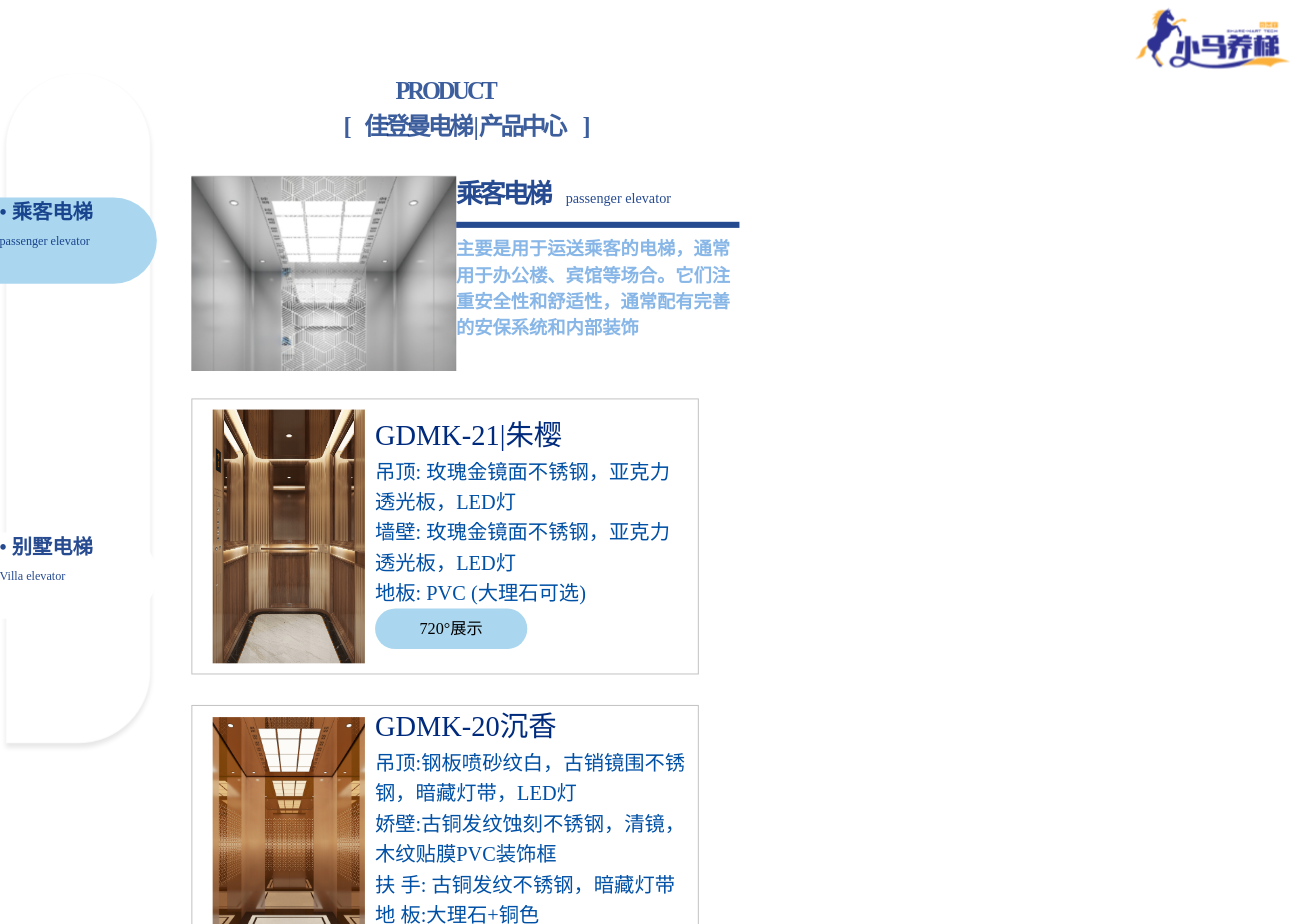
Repository: XIE-code/elevator-ipad
Page: /
An editor plug-in stored every save of this project. The page is shown before and after the next save, followed by the edit.
The browser window is 1280 px wide. The page is 1845 px wide, so the pictures cover 1845 px, including what lies to the right of the window. The pictures show the part of the page from y = 0 to 1320 px (the page is 1845 px tall), at 70% of full size.
The project was rebuilt for these pictures with package versions that can differ from the ones it lists, and the page was loaded fresh each time. Also part of the build but not shown: vue.config.js.

Above is the page before, as saved 2025-03-26 11:33:09.

### public/index.html
<!DOCTYPE html>
<html lang="">
    <head>
        <meta charset="utf-8" />
        <meta http-equiv="X-UA-Compatible" content="IE=edge" />
        <meta name="viewport" content="width=device-width,initial-scale=1" />
        <link rel="icon" href="<%= BASE_URL %>favicon.ico" />
        <title><%= htmlWebpackPlugin.options.title %></title>
    </head>
    <style>
        html {
            font-size: 16px; /* 默认字体大小 */
        }
    </style>
    <body>
        <noscript>
            <strong
                >We're sorry but <%= htmlWebpackPlugin.options.title %> doesn't
                work properly without JavaScript enabled. Please enable it to
                continue.</strong
            >
        </noscript>
        <div id="app"></div>
        <!-- built files will be auto injected -->
    </body>
</html>

### src/App.vue
<template>
    <router-view />
</template>

<style></style>

### src/router/index.js
import { createRouter, createWebHashHistory } from "vue-router";

const routes = [
    {
        path: "/",
        name: "home",
        component: () =>
            import(
                /* webpackChunkName: "about" */ "../views/product/ProductView.vue"
            ),
    },
    {
        path: "/about",
        name: "about",
        // route level code-splitting
        // this generates a separate chunk (about.[hash].js) for this route
        // which is lazy-loaded when the route is visited.
        component: () =>
            import(/* webpackChunkName: "about" */ "../views/AboutView.vue"),
    },
    {
        path: "/product/passenger",
        name: "product",
        // route level code-splitting
        // this generates a separate chunk (about.[hash].js) for this route
        // which is lazy-loaded when the route is visited.
        component: () =>
            import(
                /* webpackChunkName: "about" */ "../views/product/ProductView.vue"
            ),
    },
    {
        path: "/product/Villa",
        name: "product",
        // route level code-splitting
        // this generates a separate chunk (about.[hash].js) for this route
        // which is lazy-loaded when the route is visited.
        component: () =>
            import(
                /* webpackChunkName: "about" */ "../views/product/VillaElevator.vue"
            ),
    },
];

const router = createRouter({
    history: createWebHashHistory(),
    routes,
});

export default router;

### src/views/product/ProductView.vue
<template>
    <div class="web">
        <!-- 页面头部按钮 -->
        <div class="web-header">
            <!-- <div class="web-header-box">
                <div class="web-header-box1"></div>
                <div class="web-header-box2"></div>
            </div> -->
            <div class="web-header-awa"></div>
        </div>
        <!-- 页面主体 -->
        <div class="web-center">
            <!-- 左侧边导航栏 -->
            <div class="web-left">
                <div class="navigation" @click="gotPassenger">
                    <span class="text6">• 乘客电梯</span><br />
                    <span class="text7">passenger elevator</span>
                </div>
                <div class="navigation" @click="gotoVilla">
                    <span class="text6">• 别墅电梯</span><br />
                    <span class="text7">Villa elevator</span>
                </div>
            </div>
            <div class="web-text">
                <!-- 中心标题 -->
                <div class="center-title">
                    <span style="text-align: center">PRODUCT</span>
                    <span
                        >[&nbsp;&nbsp;&nbsp;&nbsp;&nbsp;佳登曼电梯&nbsp;|&nbsp;产品中心
                        &nbsp;&nbsp;&nbsp;&nbsp;&nbsp;]</span
                    >
                </div>
                <!-- 乘客电梯 -->
                <div class="web-passenger">
                    <div class="web-passenger-image"></div>
                    <div class="web-passenger-text">
                        <div class="web-passenger-text1">
                            <span class="chinese">乘客电梯</span
                            >&nbsp;&nbsp;&nbsp;
                            <span class="english"> passenger elevator</span>
                            <hr
                                style="
                                    border: 0.1875rem solid
                                        rgba(0, 43, 125, 0.85);
                                "
                            />
                            <span class="text3"
                                >主要是用于运送乘客的电梯，通常用于办公楼、宾馆等场合。它们注重安全性和舒适性，通常配有完善的安保系统和内部装饰</span
                            >
                        </div>
                    </div>
                </div>
                <!-- 乘客电梯产品 -->
                <div class="center-box" style="margin-top: 1.25rem">
                    <!-- 动态渲染电梯产品 -->
                    <div
                        v-for="(list, index) in elist"
                        :key="index"
                        class="web-passenger-product"
                    >
                        <div class="web-passenger-product-box">
                            <div class="web-passenger-product-box-img">
                                <img
                                    :src="list.imgUrl"
                                    alt=""
                                    style="width: 100%; height: 100%"
                                />
                            </div>
                            <div class="web-passenger-product-box-text">
                                <span class="text4">{{ list.name }}</span>
                                <span class="text5">
                                    {{ list.description }}
                                </span>
                                <!-- <span class="text5">地 板:PVC(大理石可选)</span> -->
                                <div
                                    class="web-passenger-product-box-text-bottom"
                                >
                                    <a :href="list.link" class="button-link"
                                        >720°展示</a
                                    >
                                </div>
                            </div>
                        </div>
                    </div>
                </div>
            </div>
        </div>
    </div>
</template>

<script setup>
import { ref } from "vue";
import { useRouter } from "vue-router";

const router = useRouter();

// 定义电梯产品数据
const elist = ref([
    {
        imgUrl: "/images/elevator_images/image20.png",
        name: "GDMK-21|朱樱",
        description:
            "吊顶: 玫瑰金镜面不锈钢，亚克力透光板，LED灯\n墙壁: 玫瑰金镜面不锈钢，亚克力透光板，LED灯\n地板: PVC (大理石可选)",
        link: "http://my.3vfang.com/p/share/content.php?m=a3I4MDM5LWl0ZW09NTIwNTc=",
    },
    {
        imgUrl: "/images/elevator_images/image21.png",
        name: "GDMK-20沉香",
        description:
            "吊顶:钢板喷砂纹白，古销镜围不锈钢，暗藏灯带，LED灯\n娇壁:古铜发纹蚀刻不锈钢，清镜，木纹贴膜PVC装饰框\n扶 手: 古铜发纹不锈钢，暗藏灯带 \n地 板:大理石+铜色",
        link: "http://my.3vfang.com/p/share/content.php?m=a3I4MDM5LWl0ZW09NTE1ODk=",
    },
]);

const gotoVilla = () => {
    router.push("/product/Villa");
};

const gotPassenger = () => {
    router.push("/");
};
</script>

<style scoped>
/* 基础样式 */
body,
html {
    width: 100%;
    height: 100%;
    margin: 0;
    padding: 0;
    box-sizing: border-box;
}
/* 动态调整 html 的 font-size */
html {
    font-size: calc(0.625rem + 0.5vw); /* 动态调整字体大小 */
}
.web {
    width: 100%;
    height: 100%;
    min-width: auto; /* ✅ 移除最小宽度限制 */
    margin: 0 auto;
    box-sizing: border-box;
}
.web .web-header {
    height: 9.33vh;
    position: relative;
    width: 99vw;
    min-width: 46.875rem;
}
.web .web-header .web-header-box {
    width: 80px;
    height: 40px;
    background: whitesmoke;
    display: flex;
    flex-direction: row;
}
.web .web-header .web-header-awa {
    /* 小马 */
    width: 156px;
    height: 64px;
    top: 0;
    right: 0;
    position: absolute;
    background-image: url(@/assets/images/logo.png);
}

.web .web-header .web-header-box .web-header-box1 {
    /* 椭圆 1 */
    width: 35.2896px;
    height: 40px;
    left: 13px;
    right: 31.7104px;
    top: 17px;
    bottom: -17px;
    background: rgb(117, 171, 227);
    border-radius: 50%; /* 设置圆形 */
    text-align: center;
    background-image: url(@/assets/images/right.png);
    background-size: cover;
    background-repeat: no-repeat;
}
.web .web-header .web-header-box .web-header-box2 {
    /* 椭圆 2 */
    margin-left: 5px;
    width: 35.2896px;
    height: 40px;
    left: 13px;
    right: 31.7104px;
    top: 17px;
    bottom: -17px;
    box-shadow: 0px 4px 4px 0px rgba(0, 0, 0, 0.18);
    background: rgb(255, 255, 255);
    border-radius: 50%; /* 设置圆形 */
    text-align: center;
    background-image: url(@/assets/images/left.png);
    background-size: cover;
    background-repeat: no-repeat;
}

.web .web-text {
    width: 500px;
    height: 1200px;
    margin-left: 2.5rem;
}
.web .web-text .center-title {
    width: 200px;
    height: 100px;
    margin: auto;
    text-align: center;
    display: flex;
    flex-direction: column;
    white-space: nowrap;
    color: rgba(0, 43, 125, 0.76);
    font-family: 思源黑体;
    font-size: 1.5rem;
    font-weight: 700;
    line-height: 2.1875rem;
    letter-spacing: -0.1875rem;
    text-align: left;
}

.web .web-center {
    display: flex;
    flex-direction: row;
}
.web .web-center .web-left {
    width: 141px;
    height: 659px;
    border-bottom: 1px solid rgba(184, 183, 183, 0.09);
    border-left: 1px solid rgba(184, 183, 183, 0.09);
    border-right: 1px solid rgba(184, 183, 183, 0.09);
    border-radius: 120px 120px 120px 0px;
    box-shadow: 0px 4px 5px 0px rgba(0, 0, 0, 0.1);
    background: rgb(255, 255, 255);
    display: flex;
    flex-direction: column;
    justify-content: space-around; /* 两个盒子分布在两端 */
    align-items: center; /* 垂直居中子元素 */
}
.web .web-center .web-left .navigation {
    width: 155px;
    height: 85px;
    border-radius: 0px 50px 50px 0px;
    background: white;
    font-size: 20px;
    transition: background-color 0.3s; /* 添加背景颜色过渡效果 */
    cursor: pointer;
}

.web .web-center .web-left .navigation:nth-child(1) {
    background: rgb(170, 215, 239);
}

.web .web-center .web-text .web-passenger {
    width: 540px;
    height: 200px;
    display: flex;
    flex-direction: row;
}
.web .web-text .center-box {
    display: flex;
    flex-direction: column;
    gap: 30px;
}
.web .web-center .web-text .web-passenger .web-passenger-image {
    height: 173px;
    width: 250px;
    padding: 10px;
    background-image: url(@/assets/images/image1.png);
    background-size: cover;
    background-repeat: no-repeat;
}
.web .web-center .web-text .web-passenger .web-passenger-text {
    height: 173px;
    width: 290px;
    background-size: cover;
    background-repeat: no-repeat;
}
.web
    .web-center
    .web-text
    .web-passenger
    .web-passenger-text
    .web-passenger-text1 {
    width: 100%;
    height: 1.25rem;
}

.web .web-center .web-text .web-passenger-product {
    width: 100%;
    height: auto;
    display: flex;
    flex-direction: column;
    justify-content: center; /* 水平居中子元素 */
    align-items: center; /* 垂直居中子元素（可选） */
    box-sizing: border-box;
    border: 0.0625rem solid rgba(0, 0, 0, 0.24);
    background: rgb(255, 255, 255);
}
.web .web-center .web-text .web-passenger-product .web-passenger-product-box {
    width: 96%;
    height: 90%;
    display: flex;
    flex-direction: row;
    justify-content: space-around; /* 两个盒子分布在两端 */
    align-items: center; /* 垂直居中子元素 */
    box-sizing: border-box;
    box-sizing: border-box;
}
.web
    .web-center
    .web-text
    .web-passenger-product
    .web-passenger-product-box
    .web-passenger-product-box-img {
    width: 9.375rem;
    height: 15.625rem;
    background-size: cover;
    background-repeat: no-repeat;
    padding: 10px;
}
.web
    .web-center
    .web-text
    .web-passenger-product
    .web-passenger-product-box
    .web-passenger-product-box-img
    img {
    width: 100%;
    height: 100%;
    object-fit: cover;
}

.web
    .web-center
    .web-text
    .web-passenger-product
    .web-passenger-product-box
    .web-passenger-product-box-text {
    margin: auto;
    color: rgb(0, 80, 165);
    font-family: 思源黑体;
    font-size: 1.5rem;
    font-weight: 400;
    line-height: 2.1875rem;
    letter-spacing: 0rem;
    text-align: left;
    flex: 1; /* 文字部分占满剩余空间 */
}

.web
    .web-center
    .web-text
    .web-passenger-product
    .web-passenger-product-box
    .web-passenger-product-box-text
    .web-passenger-product-box-text-bottom {
    margin-top: bottom;
}
.button-link {
    display: inline-block;
    width: 100%;
    margin-bottom: 0.625rem;
    max-width: 9.375rem;
    height: 2.5rem;
    color: white;
    text-decoration: none;
    border-radius: 3.125rem;
    background: rgb(170, 215, 239);
    border: none;
    cursor: pointer;
    color: rgb(0, 0, 0);
    font-family: 思源黑体;
    font-size: 16px;
    font-weight: 400;
    line-height: 39px;
    letter-spacing: 0rem;
    text-align: center;
}
/* 字体 */
.chinese {
    color: rgba(0, 43, 125, 0.85);
    font-family: 思源黑体;
    font-size: 1.625rem;
    font-weight: 700;
    line-height: 2.375rem;
    letter-spacing: -0.1875rem;
    text-align: left;
}
.english {
    color: rgba(0, 43, 125, 0.85);
    font-family: 思源黑体;
    font-size: 0.875rem;
    font-weight: 400;
    line-height: 1.25rem;
    letter-spacing: 0rem;
    text-align: left;
}
.text3 {
    color: rgba(117, 171, 227, 0.87);
    font-family: 思源黑体;
    font-size: 1.125rem;
    font-weight: 700;
    line-height: 1.625rem;
    letter-spacing: 0rem;
    text-align: left;
}
.text4 {
    color: rgb(0, 43, 125);
    font-family: 思源黑体;
    font-size: 1.75rem;
    font-weight: 400;
    line-height: 2.5625rem;
    letter-spacing: 0rem;
    text-align: left;
}
.text5 {
    color: rgb(0, 80, 165);
    font-family: 思源黑体;
    font-size: 1.25rem;
    font-weight: 400;
    line-height: 2.1875rem;
    letter-spacing: 0rem;
    text-align: left;

    display: block; /* 让每个 span 变成独立块，自动换行 */
    white-space: pre-line; /* 兼容换行符 (\n) */
    word-wrap: break-word; /* 处理长单词换行 */
    line-height: 1.5; /* 调整行距 */
}
.text6 {
    color: rgba(0, 43, 125, 0.85);
    font-family: 思源黑体;
    font-size: 1.25rem;
    font-weight: 700;
    line-height: 1.8125rem;
    letter-spacing: 0rem;
    text-align: left;
}
.text7 {
    color: rgba(0, 43, 125, 0.85);
    font-family: 思源黑体;
    font-size: 0.75rem;
    font-weight: 400;
    line-height: 1.0625rem;
    letter-spacing: 0rem;
    text-align: left;
}
/* 添加高亮效果的样式 */
.navigation .active {
    transition: background-color 0.3s; /* 平滑过渡效果 */
    background: rgb(170, 215, 239);
}
/* 默认样式 */
.container {
    display: flex;
    flex-direction: column;
}

@media screen and (max-width: 480px) {
    .web {
        transform: scale(0.55);
        transform-origin: top left;
    }
}

@media screen and (max-width: 431px) {
    .web {
        transform: scale(0.5);
        transform-origin: top left;
    }
}

@media screen and (max-width: 23.5rem) {
    .web {
        transform: scale(0.45);
        transform-origin: top left;
    }
}
@media screen and (min-width: 1000px) {
    .web {
        transform: scale(1.45);
        transform-origin: top left;
    }
}
@media screen and (min-width: 1300px) {
    .web {
        transform: scale(1.85);
        transform-origin: top left;
    }
}
</style>

Loaded but not shown: src/main.js (common file); src/store/index.js (common file)

After the next save:
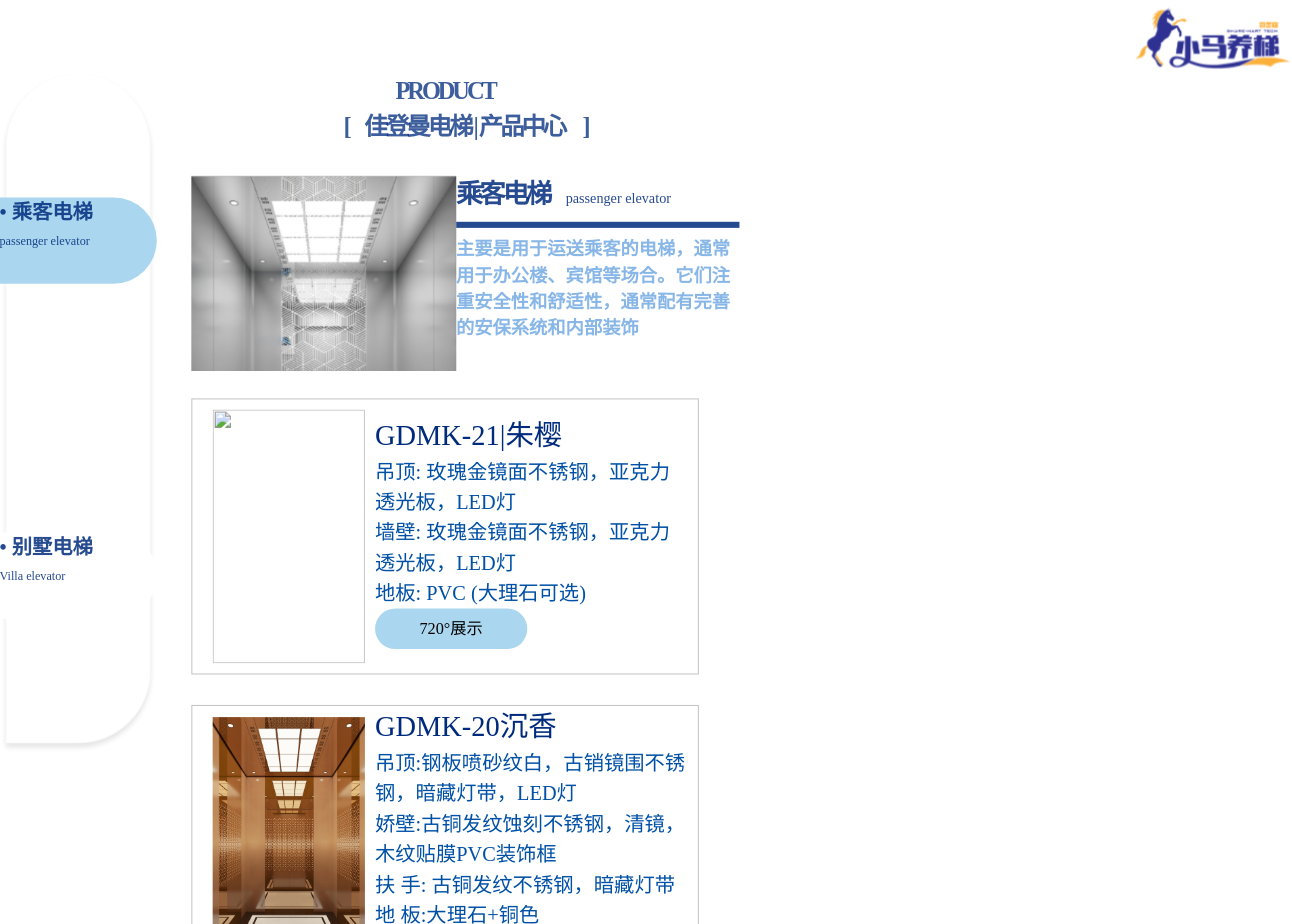
Not found: @/assets/images/elevator_images/image20.png
Saved 43 s later.
--- a/src/views/product/ProductView.vue
+++ b/src/views/product/ProductView.vue
@@ -97,7 +97,7 @@
 // 定义电梯产品数据
 const elist = ref([
     {
-        imgUrl: "/images/elevator_images/image20.png",
+        imgUrl: "@/assets/images/elevator_images/image20.png",
         name: "GDMK-21|朱樱",
         description:
             "吊顶: 玫瑰金镜面不锈钢，亚克力透光板，LED灯\n墙壁: 玫瑰金镜面不锈钢，亚克力透光板，LED灯\n地板: PVC (大理石可选)",
